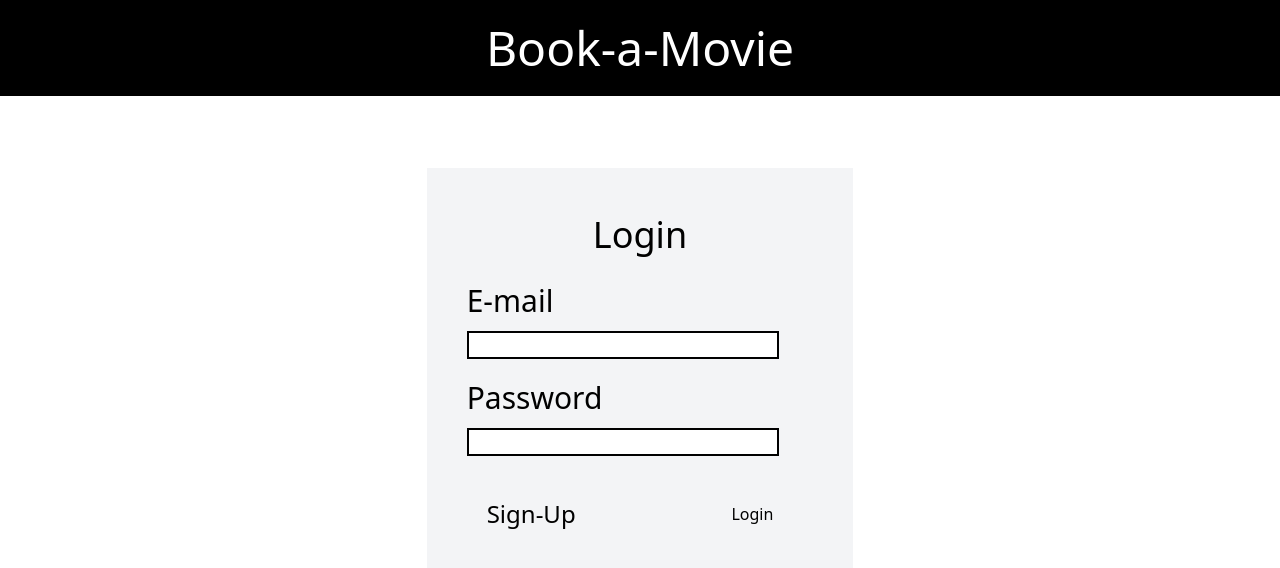
Repository: BhumilModi/movie-booking-app-assignment
Page: /
The author's editor kept a copy of each file at every save. The page is drawn from the files as they stood at one save, then again after the next save.
The browser window is 1280 px wide. The pictures show the whole page.
The project was rebuilt for these pictures with package versions that can differ from the ones it lists, and the page was loaded fresh each time. Also part of the build but not shown: src/App.css.

Above is the page before, as saved 2022-11-29 18:18:07.

### src/App.js
import './App.css';
import Login from './components/Login';
import Navbar from './components/Navbar';

function App() {
  return (
    <div>
      <Login />
    </div>
  );
}

export default App;

### src/components/Login.jsx
import React from "react";
import Navbar from "./Navbar";

function Login() {
  return (
    <div className="flex flex-col justify-center items-center">
      <Navbar />
      <div className="h-[60vh] bg-gray-100 w-1/3 my-[10vh] flex flex-col p-[40px]">
        <div className="text-[36px] mx-auto">Login</div>
        <div className="text-[30px] mt-4 mb-2">E-mail</div>
        <input type="text" className="w-[90%] border-2 border-black" />
        <div className="text-[30px] mt-4 mb-2">Password</div>
        <input type="password" className="w-[90%] border-2 border-black" />
        <div className="flex justify-between items-center mt-10 mr-10">
          <p className="text-[24px] ml-5">Sign-Up</p>
          <button>Login</button>
        </div>
      </div>
    </div>
  );
}

export default Login;

### src/components/Navbar.jsx
import React from "react";

function Navbar() {
  return (
    <div className="h-24 bg-black flex justify-center items-center w-full">
      <div className="text-white text-[48px]">Book-a-Movie</div>
    </div>
  );
}

export default Navbar;

Loaded but not shown: public/index.html (common file); src/index.js (common file); src/index.css (common file); tailwind.config.js (common file)

After the next save:
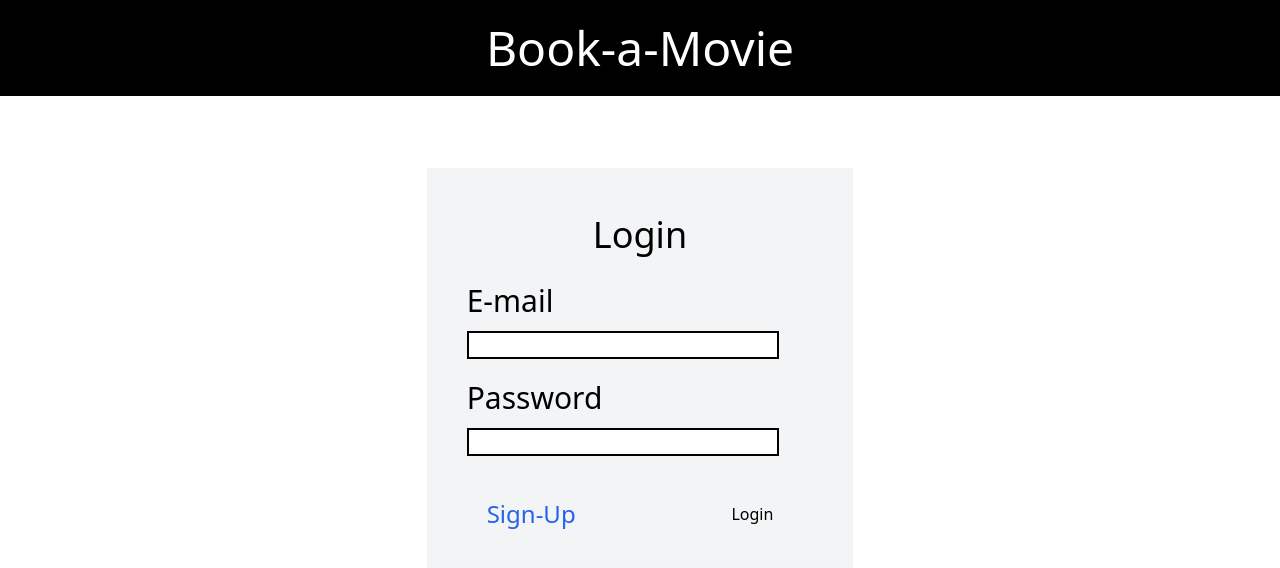
Saved 25 s later.
--- a/src/components/Login.jsx
+++ b/src/components/Login.jsx
@@ -12,7 +12,7 @@ function Login() {
         <div className="text-[30px] mt-4 mb-2">Password</div>
         <input type="password" className="w-[90%] border-2 border-black" />
         <div className="flex justify-between items-center mt-10 mr-10">
-          <p className="text-[24px] ml-5">Sign-Up</p>
+          <p className="text-[24px] ml-5 text-blue-600">Sign-Up</p>
           <button>Login</button>
         </div>
       </div>
